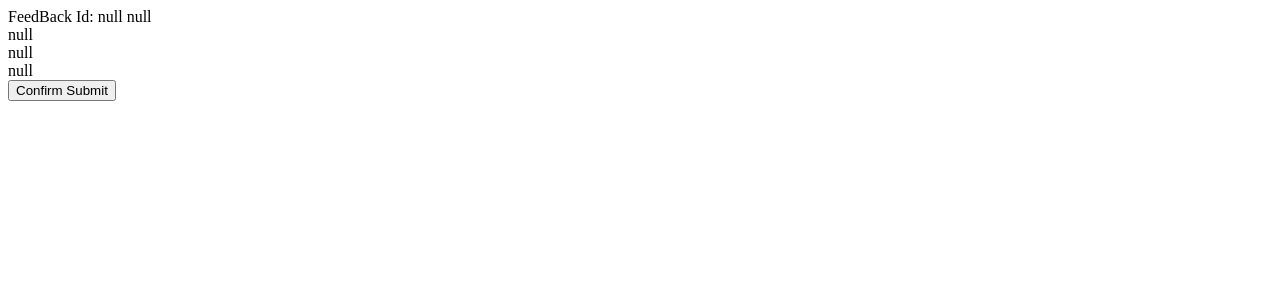
Repository: 1919satya/Mode2
Page: http://localhost/CollegeCms/ConfirmFeedback.jsp
An editor plug-in stored every save of this project. The page is shown before and after the next save, followed by the edit.
The browser window is 1280 px wide. The pictures show the whole page.
The page is served by Tomcat 9.

Above is the page before, as saved 2019-09-05 03:48:05.

After the next save:
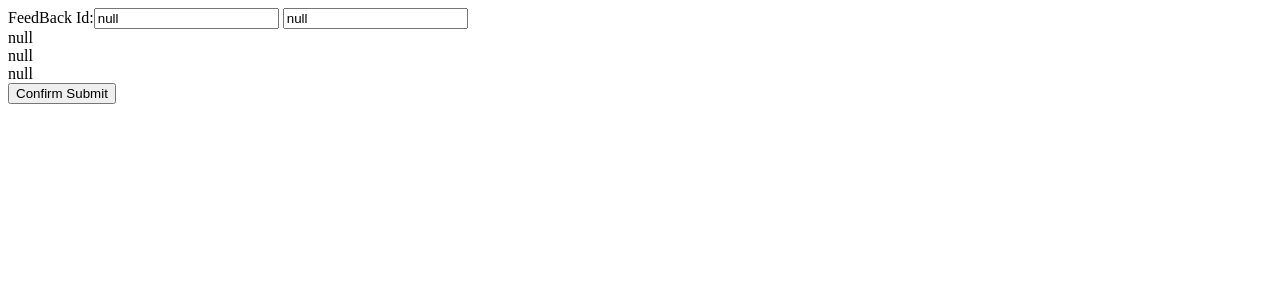
Saved 6 min 20 s later.
--- a/CMS/CollegeCms/src/main/webapp/ConfirmFeedback.jsp
+++ b/CMS/CollegeCms/src/main/webapp/ConfirmFeedback.jsp
@@ -15,8 +15,8 @@
     String subject = (String)request.getParameter("subject");
     String feed=(String)request.getParameter("feed");
 %>
-FeedBack Id: <% out.println(fid); %>
-<%out.println(instr);%><br/>
+FeedBack Id:<input type="text" value="<% out.println(fid); %> " name="fid" />
+<input type="text" value=<%out.println(instr);%> " name="instr" /><br/>
 <%out.println(studentName);%><br/>
 <%out.println(subject);%><br/>
 <%out.println(feed);%><br/>
@@ -24,5 +24,6 @@ FeedBack Id: <% out.println(fid); %>
 <input type="submit" value="Confirm Submit" />
 </form>
 
+
 </body>
 </html>
